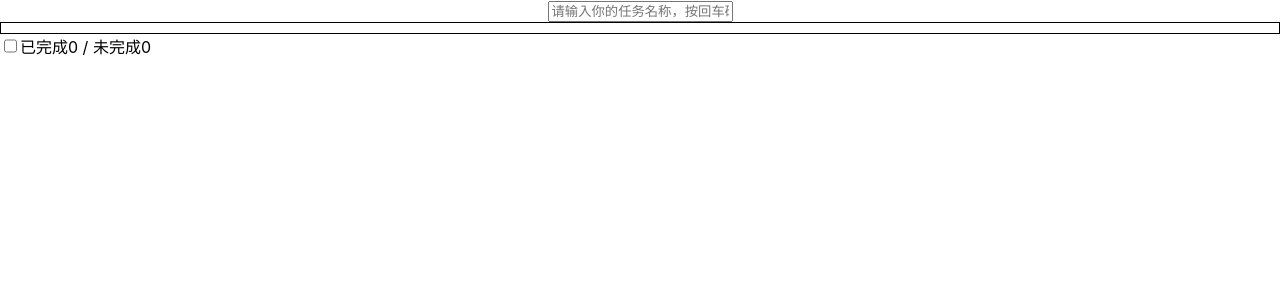
Repository: Gaays/React-todo-list
Page: /
These files come from the project's save history. The page is drawn as it stood at one moment and after the next save; the edit follows.
The browser window is 1280 px wide. The pictures show the whole page.
The project was rebuilt for these pictures with package versions that can differ from the ones it lists, and the page was loaded fresh each time. Also part of the build but not shown: src/components/TodoItem/index.css, src/components/TodoItem/index.jsx.

Above is the page before, as saved 2022-10-17 20:46:25.

### src/App.js
import './App.css';
import Todo from './components/Todo';

function App() {
  return (
    <div className="App">
      <Todo />
    </div>
  );
}

export default App;

### src/components/Todo/index.jsx
import React, { Component } from "react";
import './index.scss'
import TodoItem from '../TodoItem'


class TodoInput extends Component {
  state = {
    label: ''
  }
  handleInput = (e) => {
    this.setState({ label: e.target.value })
  }
  handleSubmit = (e) => {
    if (e.code === 'Enter') {
      this.props.submit(this.state.label)
      this.setState({ label: '' })

    }
  }
  render() {
    return (
      <div>
        <input type="text" value={this.state.label} onChange={this.handleInput} onKeyUp={this.handleSubmit} placeholder="请输入你的任务名称，按回车确认" />
      </div>
    );
  }
}

export default class Todo extends Component {
  state = {
    list: [],
    checkAll: false
  }
  addListItem = (label) => {
    const id = Number(new Date())
    let list = this.state.list.slice()
    list.unshift({ label: label, id: id, check: false })
    this.setState(() => {
      return { list: list }
    })
  }
  changeState = (id, state) => {
    const newList = this.state.list.slice()
    const item = newList.find(item => item.id === id)
    let checkAll = false
    if (item) {
      item.check = state
    }
    if (this.state.list.length > 0 && this.getUndoneCount === 0) {
      checkAll = true
    }
    this.setState(() => {
      return { list: newList, checkAll: checkAll }
    })
  }

  handleCheckAll = () => {
    const checkAllFlag = !this.state.checkAll
    const list = this.state.list.slice()
    list.forEach(item => {
      item.check = checkAllFlag
    })
    this.setState(() => {
      return { list: list, checkAll: checkAllFlag }
    })
  }

  get getDoneCount() {
    const doneCount = this.state.list.filter(item => item.check).length
    return doneCount
  }

  get getUndoneCount() {
    return this.state.list.filter(item => item.check === false).length
  }


  render() {
    const todoList = this.state.list.map((item) => {
      return <TodoItem data={item} key={item.id} changeState={this.changeState} />
    })
    return (
      <div className="todo-box">
        <TodoInput submit={this.addListItem} />
        <div className="todo-list">{todoList}</div>
        <div className="state-box">
          <input type="checkbox" checked={this.state.checkAll} onChange={this.handleCheckAll} />
          <div>已完成{this.getDoneCount} / 未完成{this.getUndoneCount}</div>
        </div>
      </div>
    )
  }
}

### src/components/Todo/index.scss
.todo-box {
  text-align: center;

  .todo-list {
    border: 1px solid #000;
    min-height: 10px
  }

  .state-box {
    display: flex;
  }
}

Loaded but not shown: public/index.html (common file); src/index.js (common file); src/index.css (common file); src/reportWebVitals.js (common file); src/App.css (common file)

After the next save:
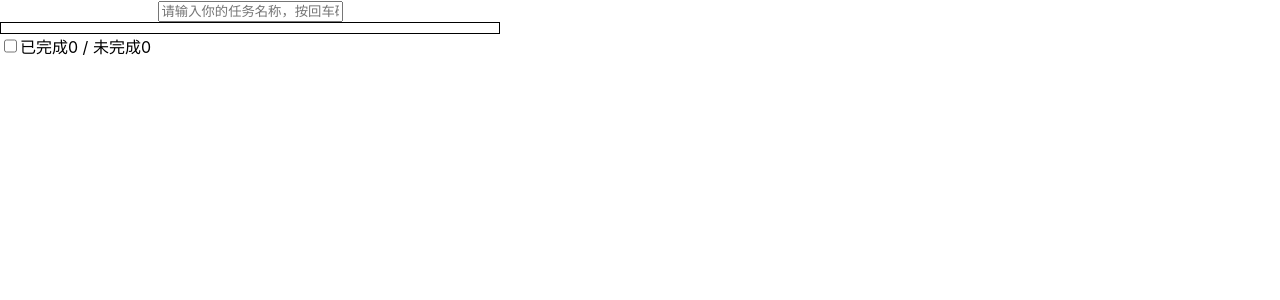
Saved 3 min 38 s later.
--- a/src/components/Todo/index.scss
+++ b/src/components/Todo/index.scss
@@ -1,4 +1,10 @@
+.app {
+
+  text-align: center;
+}
+
 .todo-box {
+  width: 500px;
   text-align: center;
 
   .todo-list {
